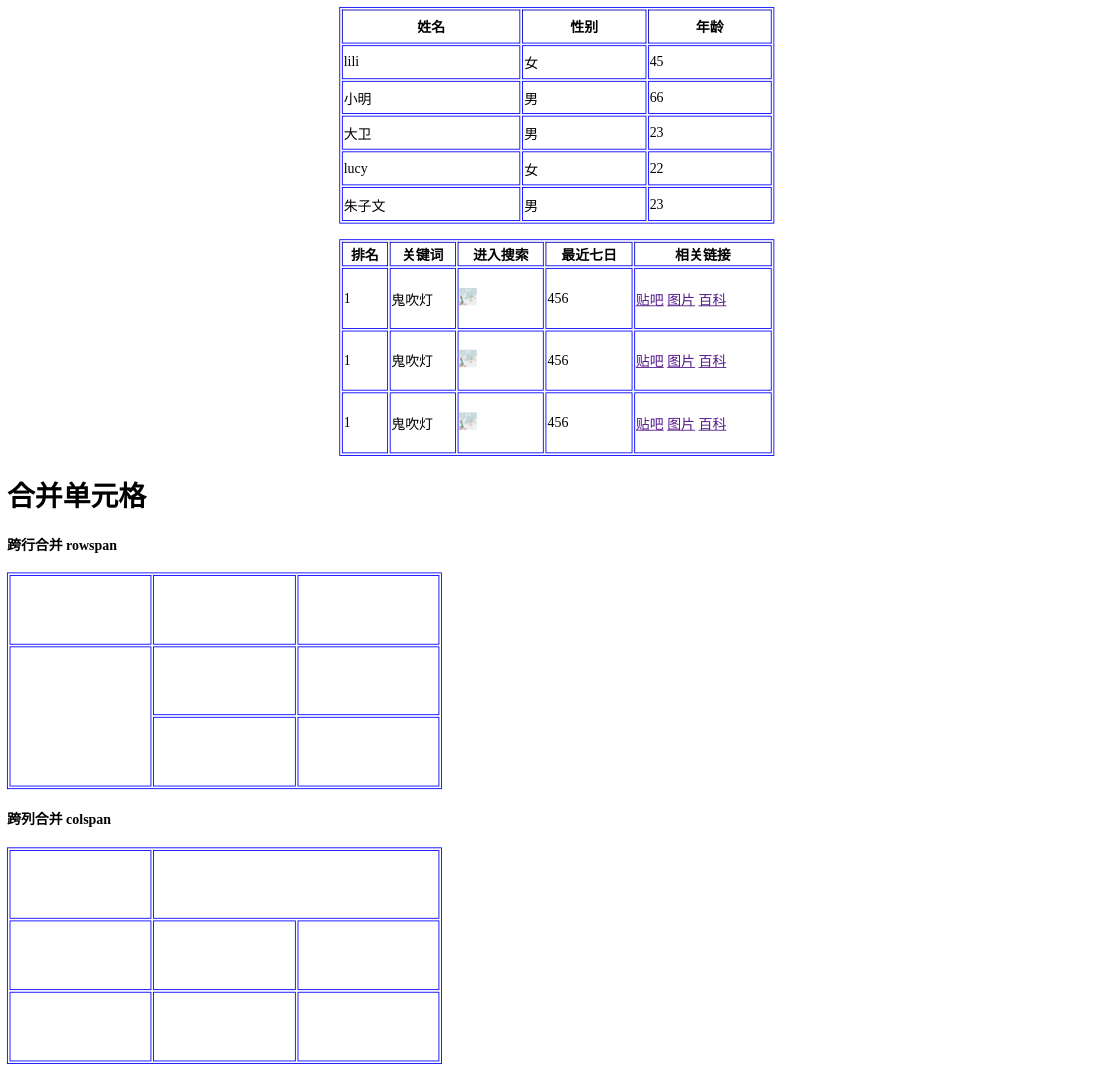
Repository: zhengdeya/web-based
Page: 07-table表格.html
The author's editor kept a copy of each file at every save. The page is drawn from the files as they stood at one save, then again after the next save.
The browser window is 1280 px wide. The pictures show the whole page, at 87% of full size.

Above is the page before, as saved 2021-04-09 15:49:18.

### 07-table表格.html
<!DOCTYPE html>
<html lang="en">

<head>
    <meta charset="UTF-8">
    <meta http-equiv="X-UA-Compatible" content="IE=edge">
    <meta name="viewport" content="width=device-width, initial-scale=1.0">
    <title>表格</title>
    <style>
        table {
            width: 500px;
            height: 249px;
        }

        table,
        td {
            border: 1px solid blue;
        }
    </style>
</head>

<body>
    <table align="center" border="1" width="500px">
        <!-- tr 标签标识一行 td 表示一列 -->
        <!-- th 表头单元格 加粗居中 -->
        <tr>
            <th>姓名</th>
            <th>性别</th>
            <th>年龄</th>
        </tr>
        <tr>
            <td>lili</td>
            <td>女</td>
            <td>45</td>
        </tr>
        <tr>
            <td>小明</td>
            <td>男</td>
            <td>66</td>
        </tr>
        <tr>
            <td>大卫</td>
            <td>男</td>
            <td>23</td>
        </tr>
        <tr>
            <td>lucy</td>
            <td>女</td>
            <td>22</td>
        </tr>
        <tr>
            <td>朱子文</td>
            <td>男</td>
            <td>23</td>
        </tr>
    </table>
    <br>
    <table align="center" border="1" width="500px">
        <thead>
            <tr>
                <th>排名</th>
                <th>关键词</th>
                <th>进入搜索</th>
                <th>最近七日</th>
                <th>相关链接</th>
            </tr>
        </thead>
        <tbody>
            <tr>
                <td>1</td>
                <td>鬼吹灯</td>
                <td><img src="imgs/jdk2y0mzbtajdk2y0mzbta.jpg" width="20px" height="20px"></td>
                <td>456</td>
                <td><a href="">贴吧</a> <a href="">图片</a> <a href="">百科</a></td>
            </tr>
            <tr>
                <td>1</td>
                <td>鬼吹灯</td>
                <td><img src="imgs/jdk2y0mzbtajdk2y0mzbta.jpg" width="20px" height="20px"></td>
                <td>456</td>
                <td><a href="">贴吧</a> <a href="">图片</a> <a href="">百科</a></td>
            </tr>
            <tr>
                <td>1</td>
                <td>鬼吹灯</td>
                <td><img src="imgs/jdk2y0mzbtajdk2y0mzbta.jpg" width="20px" height="20px"></td>
                <td>456</td>
                <td><a href="">贴吧</a> <a href="">图片</a> <a href="">百科</a></td>
            </tr>
        </tbody>
    </table>
    <h1>合并单元格</h1>
    <h4>跨行合并 rowspan</h4>
    <table border="1" width="300px" height="100px">
        <tr>
            <td></td>
            <td></td>
            <td></td>
        </tr>
        <tr>
            <td rowspan="2"></td>
            <td></td>
            <td></td>
        </tr>
        <tr>
            <td></td>
            <td></td>
        </tr>
    </table>
    <h4>跨列合并 colspan</h4>
    <table border="1" width="300px" height="100px">
        <tr>
            <td></td>
            <td colspan="2"></td>
        </tr>
        <tr>
            <td></td>
            <td></td>
            <td></td>
        </tr>
        <tr>
            <td></td>
            <td></td>
            <td></td>
        </tr>
    </table>
</body>

</html>

After the next save:
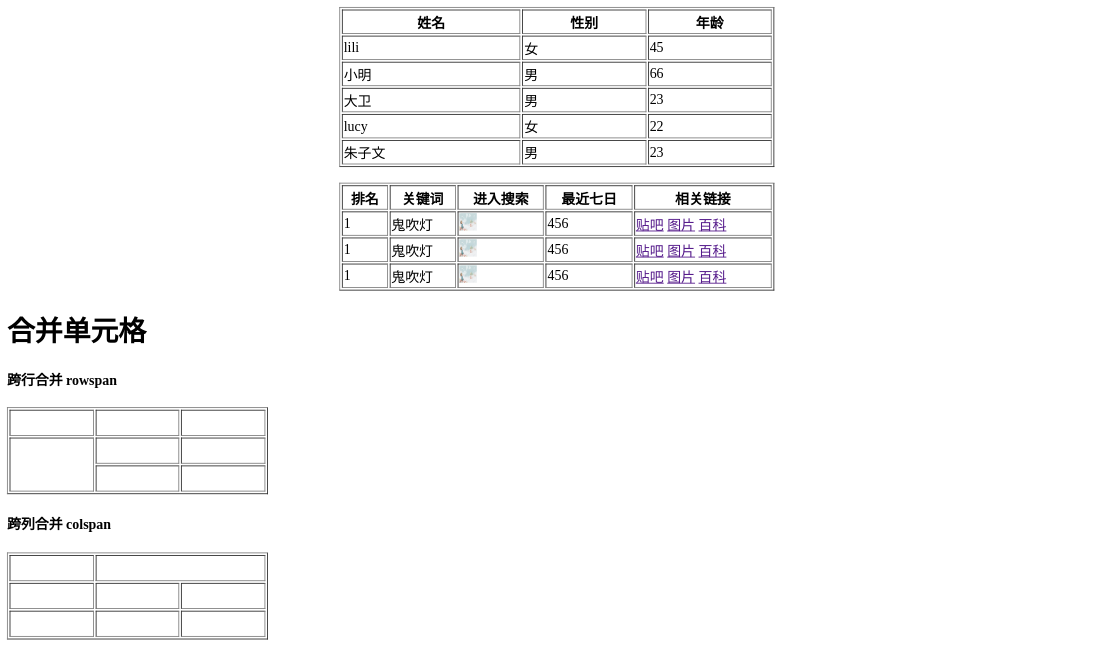
Saved 6 s later.
--- a/07-table表格.html
+++ b/07-table表格.html
@@ -6,17 +6,6 @@
     <meta http-equiv="X-UA-Compatible" content="IE=edge">
     <meta name="viewport" content="width=device-width, initial-scale=1.0">
     <title>表格</title>
-    <style>
-        table {
-            width: 500px;
-            height: 249px;
-        }
-
-        table,
-        td {
-            border: 1px solid blue;
-        }
-    </style>
 </head>
 
 <body>
